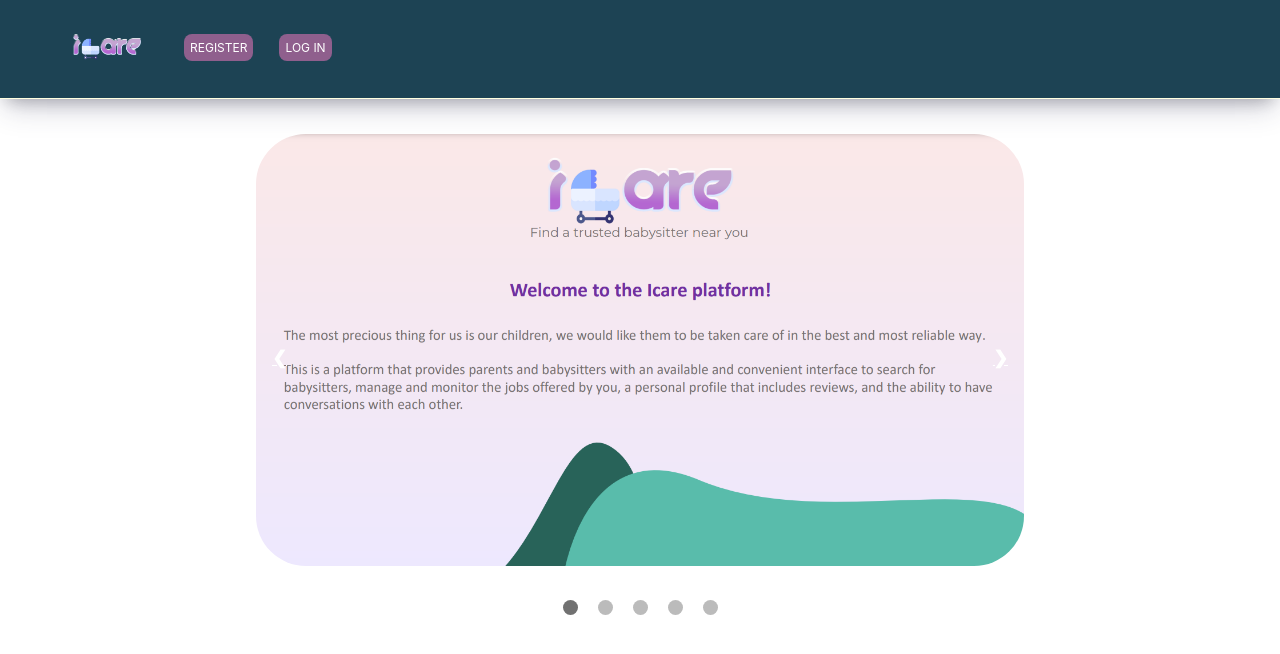
Repository: DorAzaria/iCare
Page: / (app in front-end/)
The author's editor kept a copy of each file at every save. The page is drawn from the files as they stood at one save, then again after the next save.
The browser window is 1280 px wide. The pictures show the whole page.
The project was rebuilt for these pictures with package versions that can differ from the ones it lists, and the page was loaded fresh each time. Also part of the build but not shown: front-end/craco.config.js, front-end/src/database/Driver/index.js, front-end/src/shared/AppKeys/index.js, front-end/src/components/Shells/Navigation/index.jsx, front-end/src/shared/ErrorCodes/index.js, front-end/src/components/Views/LogIn/index.css, front-end/src/components/Views/LogIn/index.jsx, front-end/src/components/Partials/JobPost/index.css and 46 more.

Above is the page before, as saved 2022-08-16 15:15:17.

### front-end/src/index.js
import React from 'react';
import ReactDOM from 'react-dom/client';

import App from '@components/App';
import 'bootstrap/dist/css/bootstrap.min.css';
import './index.css';
import './styles/buttons.css';
import './styles/layouts.css';
import './styles/titles.css';

const root = ReactDOM.createRoot(document.getElementById('root'));
root.render(
  <React.StrictMode>
    <App />
  </React.StrictMode>
);

### front-end/src/components/App/index.jsx
import React from 'react';

import {
  BrowserRouter,
  Routes,
  Route,
} from 'react-router-dom';

import AppContext, { defaultContext } from '@contexts/App';

import ViewIndex from '@components/Views/Index';
import ViewLogIn from '@components/Views/LogIn';
import ViewJobs from '@components/Views/Jobs';
import ViewPreRegister from '@components/Views/PreRegister';
import ViewParentRegister from '@components/Views/Parent-Register';
import ViewBabySitterRegister from '@components/Views/BabySitter-Register';
//import ViewRegister from '@components/Views/Register';
import ViewApply from '@components/Views/Apply';
import ViewRequests from '@components/Views/Requests';
import ViewChat from '@components/Views/Chat';
import ViewProfile from '@components/Views/Profile';
import ViewSitters from '@components/Views/Sitters';
import ViewParents from '@components/Views/Parents';

import ViewSitterProfile from '@components/Views/SitterProfile';
import ViewJobDetail from '@components/Views/JobDetail';

import ViewWatches from '@components/Views/Watches';

import ViewParentProfile from '@components/Views/ParentProfile';

import ViewLogOut from '@components/Views/LogOut';

import './index.css';

import 'bootstrap/dist/css/bootstrap.min.css';

class App extends React.Component {

  constructor(props) {
    super(props);

    this.state = { ...defaultContext };
    this.state.app = this;

  }

  render () {

    const appContext = this.state;

    const viewIndex = <ViewIndex/>;
    const viewLogIn = <ViewLogIn/>;
    const viewJobs = <ViewJobs/>;
    const viewProfile = <ViewProfile/>;
    //const viewRegister = <ViewRegister/>;
    const viewPreRegister = <ViewPreRegister/>
    const viewParentRegister = <ViewParentRegister/>
    const viewBabySitterRegister = <ViewBabySitterRegister/>
    const viewApply = <ViewApply/>;
    const viewRequests = <ViewRequests/>;
    const viewChat = <ViewChat/>;
    const viewWatches = <ViewWatches/>;

    const viewSitters = <ViewSitters/>;
    const viewParents = <ViewParents/>;
    const viewSitterProfile = <ViewSitterProfile/>;
    const viewJobDetail = <ViewJobDetail/>;
    const viewParentProfile = <ViewParentProfile/>;
    const viewLogOut = <ViewLogOut/>;

    return (
      <AppContext.Provider value={ appContext }>
        <div className="App">
          <div className="App_layerBase">
            <BrowserRouter>
              <Routes>
                <Route path="/" element={ viewIndex } exact/>
                <Route path="/sitters" element={ viewSitters }  exact/>
                <Route path="/register" element={ viewPreRegister }  exact/>
                <Route path="/parent-register" element={ viewParentRegister }  exact/>
                <Route path="/babysitter-register" element={ viewBabySitterRegister }  exact/>
                <Route path="/log-in" element={ viewLogIn }  exact/>
                <Route path="/jobs" element={ viewJobs }  exact/>
                <Route path="/apply" element={ viewApply }  exact/>
                <Route path="/requests" element={ viewRequests }  exact/>
                <Route path="/chat" element={ viewChat }  exact/>

                <Route path="/families" element={ viewParents }  exact/> { /* update from here*/}
                <Route path="/profile" element={ viewProfile }  exact/>
                <Route path="/watchlist" element={ viewWatches }  exact/>
                <Route path="/sitter-profile" element={ viewSitterProfile }  exact/>
                <Route path="/job-detail" element={ viewJobDetail }  exact/>
                <Route path="/parent-profile" element={ viewParentProfile }  exact/>
                <Route path="/log-out" element={ viewLogOut } exact/>
              </Routes>
            </BrowserRouter>
          </div>
          { /* <div className="App_layerPopup"></div> */ }
        </div>
      </AppContext.Provider>
    );

  }

}

export default App;

### front-end/src/styles/buttons.css
.Button_navigation {
  background: #8f5f8d;
  border-radius: 8px;

  color: white;
  padding: 6px;
  text-align: center;
  font-size: 12px;
  text-decoration: none;
}

.Button_disabled {
  background: #4F4F4F;
  border-radius: 8px;
  color: white;

  padding: 8px;

  text-align: center;
  text-decoration: none;
}

### front-end/src/contexts/App/index.js
import React from 'react';

import StringsEnglish from './strings/English';
import ErrorsEnglish from './errors/English';

let user = JSON.parse(sessionStorage.getItem('user'));

console.log ( 'user');
console.log ( user);

export const defaultContext = Object.freeze({
  strings: StringsEnglish,
  errors: ErrorsEnglish,
  app: null, // app component
  user: user, // logged-in user
});

const AppContext = React.createContext(defaultContext);

export default AppContext;

### front-end/src/components/Views/Index/index.jsx
import React from 'react';

import { Link} from 'react-router-dom';

import AppContext from '@contexts/App';

import ShellMainGate from '@components/Shells/MainGate';
import ShellNavigation from '@components/Shells/Navigation';

import Links from '@shared/Links';
import {Button, ButtonGroup, Row, Col , Container ,   Navbar,
  NavbarBrand,
  Nav,
  NavLink,
  NavbarToggler,
  Collapse,
  NavItem,
  Dropdown,
  DropdownToggle,
  DropdownMenu,
  DropdownItem,} from 'reactstrap';
import './index.css';


const MAP_LINKS = Links['MAP_LINKS'];

class ViewIndex extends React.Component {

  static contextType = AppContext;

  constructor(props) {
    super(props);

    this.state = {
      slideIndex: 0,
    };

  }



  render () {

    const { context } = this;

    const { strings, user } = context;


    const {state } = this;
    const { slideIndex } = state;
    let bgs = [
      {id:0, name:'bg0.png', imgStyle:'none', dotClass:''},
      {id:1, name:'bg1.png', imgStyle:'none', dotClass:''},
      {id:2, name:'bg2.jpg', imgStyle:'none', dotClass:''},
      {id:3, name:'bg3.jpg', imgStyle:'none', dotClass:''},
      {id:4, name:'bg4.jpg', imgStyle:'none', dotClass:''}
    ]
    bgs[slideIndex]['imgStyle'] = 'block';
    bgs[slideIndex]['dotClass'] = 'active';


    const currentSlide =(n)=>{
      this.setState ( {slideIndex:n});
    }


    const plusSlides = (n) =>{
      let {state} = this;
      let {slideIndex} = state;
      let newIndex = (slideIndex + n + 5) % 5;
      this.setState ( {slideIndex:newIndex});
    }

    const bgMakeElement = (bg) => {
      const key = 'bg_' + bg['name'];
      let imgStyle = bg['imgStyle'];

      return (
        <div key = {key}
          style = {{display:imgStyle, alignContent:'center'}}
        >
          <img src={bg['name']} alt = "Child Care Background" style={{width:'100%', borderRadius:'50px'}}></img>
        </div>
      )
    }

    const elementsBg = bgs.map ( bgMakeElement);

    const dotMakeElement = (bg) => {
      const key = 'dot_' + bg['name'];

      return (
        <span key = {key}
          className={bg['dotClass'] + ' dot'}
          onClick = {()=>currentSlide(bg['id'])}
          style = { {margin:'10px'}}
        >
        </span>
      )
    }

    const elementsDot = bgs.map( dotMakeElement)


    // render for when the user is logged in.
    const renderA = () => {

      const { type } = user;


      const body = (
        <div>
          <div className="slideshow-container">
            {elementsBg}
            <a href = "#foo" className="prev" onClick = {() =>plusSlides(-1)}>&#10094;</a>
            <a href = "#foo" className="next" onClick = {() =>plusSlides(1)}>&#10095;</a>
          </div>
          <br></br>

          <div style={{textAlign:'center'}}>
            {elementsDot}
          </div>
        </div>
      );

      const links = MAP_LINKS[type];

      return (<ShellNavigation body={ body } links={ links }/>);

    };

    // render for when the user is not logged in.
    const renderB = () => {

      const welcome = strings['TITLE_WELCOME'];
      const labelRegister = strings['LABEL_REGISTER'];
      const labelLogIn = strings['LABEL_LOG_IN'];


      const body = (
        <>
        <header className="sticky-top icare-navbar">
        <Navbar
          dark
          style={{ height: 90}}
          expand="md"
          className="container-xxl"
        >
          <NavbarBrand href="/">
            <img alt="iCare" src="logo.png" className="logo-img" />

          </NavbarBrand>

          <div className="flex-grow-1">

          <Nav className="mr-auto" navbar >
            <NavItem style={{paddingLeft: "26px",
              marginBottom:"6px",}}>
            <Link className="Button_navigation" style={{minWidth: '200px', minHeight: '20px'}} to="/register">{ labelRegister }</Link>
            </NavItem>
            <NavItem style={{paddingLeft: "26px",
              marginBottom:"6px",}}>
            <Link className="Button_navigation" style={{minWidth: '200px', minHeight: '20px'}} to="/log-in">{ labelLogIn }</Link>
            </NavItem>
                  {/* <img src = { profileUrl ? profileUrl : 'logo.png'} className = "profile-avatar" alt = "user profile"></img> */}
                </Nav>
          </div>
          </Navbar>
          </header>

          <div className="slideshow-container">
                {elementsBg}
                <a href = "#foo" className="prev" onClick = {() =>plusSlides(-1)}>&#10094;</a>
                <a href = "#foo" className="next" onClick = {() =>plusSlides(1)}>&#10095;</a>
              </div>
              <br></br>

              <div style={{textAlign:'center'}}>
                {elementsDot}
              </div>
        </>

      );

      return (<ShellMainGate body={ body }/>);

    };

    if (user) { // logged-in

      return renderA();

    } else { // not logged-in

      return renderB();

    }

  }

}

export default ViewIndex;

### front-end/src/components/App/index.css
.App {
  position: fixed;
  top: 0;
  left: 0;
  z-index: 0;

  width: 100vw;
  height: 100vh;
}

.App_layerBase {
  position: absolute;
  top: 0;
  left: 0;
  z-index: 1000;

  width: 100%;
  height: 100%;

  overflow-x: hidden;
  overflow-y: auto;
}

.App_layerPopup {
  position: absolute;
  top: 0;
  left: 0;
  z-index: 1000;

  width: 100%;
  height: 100%;
}

### front-end/src/contexts/App/strings/English/index.js
const LABEL_BABYSITTER = 'BABYSITTER';

const LABEL_CHATS = 'Chats';

const LABEL_DESCRIPTION = 'DESCRIPTION';

const LABEL_DELETE = 'DELETE';

const LABEL_EDIT = 'EDIT';

const LABEL_EMAIL = 'Email';

const LABEL_EMPTY_PROFILES = 'NO PROFILES';

const LABEL_FIRST_NAME = 'FIRST NAME';

const LABEL_JOBS = 'Jobs';

const LABEL_LAST_NAME = 'LAST NAME';

const LABEL_LOG_IN = 'LOG IN';

const LABEL_NAME = 'NAME';

const LABEL_NUMBER = 'NUMBER';

const LABEL_PARENT = 'PARENT';

const LABEL_PASSWORD = 'Password';

const LABEL_REGISTER = 'REGISTER';

const LABEL_RELOAD = 'RELOAD';

const LABEL_REQUESTS = 'Requests';

const LABEL_SCHEDULE = 'SCHEDULE';

const LABEL_SCHEDULE_START = 'SCHEDULE START';

const LABEL_SCHEDULE_END = 'SCHEDULE END';

const LABEL_SUBMIT = 'SUBMIT';

const LABEL_TITLE = 'TITLE';

const LABEL_TYPE = 'TYPE';

const LABEL_USERNAME = 'USERNAME';

const MESSAGE_PROFILES_LOAD_FAIL = 'FAILED TO LOAD PROFILES!';

const MESSAGE_APPLY_FAIL = 'FAILED TO APPLY FOR JOB!';

const MESSAGE_APPLY_SUCCESS = 'SUCCESSFULLY APPLIED TO JOB!';

const MESSAGE_APPLY_TRY = 'TRYING TO APPLY FOR JOB...';

const MESSAGE_JOBS_FAIL = 'FAILED TO SAVE JOB!';

const MESSAGE_JOBS_SUCCESS = 'JOB SUCCESSFULLY SAVED!';

const MESSAGE_JOBS_TRY = 'TRYING TO SAVE JOB...';

const MESSAGE_LOG_IN_FAIL = 'FAILED TO LOG IN!';

const MESSAGE_LOG_IN_SUCCESS = 'LOG-IN SUCCESSFUL!';

const MESSAGE_LOG_IN_TRY = 'TRYING TO LOG IN...';

const MESSAGE_REGISTRATION_FAIL = 'FAILED TO REGISTER NEW USER!';

const MESSAGE_UPDATEPROFILE_FAIL = 'FAILED TO UPDATE PROFILE!';

const MESSAGE_REGISTRATION_SUCCESS = 'SUCCESSFULLY REGISTERED USER!';

const MESSAGE_UPDATEPROFILE_SUCCESS = 'SUCCESSFULLY UPDATE PROFILE!';

const MESSAGE_REGISTRATION_TRY = 'TRYING TO REGISTER NEW USER...';

const MESSAGE_UPDATE_PROFILE_TRY = 'TRYING TO UPDATE PROFILE...';

const SEND_MESSAGE_FAIL = 'FAILED TO SEND MESSAGE!';

const SEND_MESSAGE_SUCCESS = 'MESSAGE SUCCESSFULLY SENT!';

const SEND_MESSAGE_TRY = 'TRYING TO SEND MESSAGE...';

const TITLE_APP = 'iCare';

const TITLE_JOBS_ALL = 'All Jobs';

const TITLE_JOBS_NEW = 'New Job';

const TITLE_JOBS_OPEN = 'Open Jobs';

const TITLE_LOG_IN = 'Log In';

const TITLE_MY_JOBS = 'My Jobs';

const TITLE_REGISTER = 'Who Are you?';

const TITLE_WELCOME = "Welcome to our website we offer blab la bla"

const WARNING_NOT_LOGGED = 'YOU ARE NOT LOGGED IN!';


//updated

const LABEL_SITTERS = 'Sitters';
const LABEL_WATCHLIST = 'Watch List';
const LABEL_LOGOUT = 'Log Out'
const LABEL_FAMILIES = 'Families';

const LABEL_HOME = 'Home';

const TITLE_ALL_SITTERS = 'All Sitters'; //all sitters page
const LABEL_PRICE_RANGE = 'Price Range';
const LABEL_AGE_RANGE = 'Age Range';
const LABEL_GENDER = 'Gender';
const LABEL_CHILD_CARE = 'Child Care';
const LABEL_SCHOOL_HELP = 'School Help';
const LABEL_AGE = 'Age';
const LABEL_PRICE = 'Price';
const LABEL_SKILLS = 'Skills';
const LABEL_PROFILE = 'Profile';

//sitter profile
const TITLE_SITTER_REVIEWS = 'Sitter Reviews';
const TITLE_SITTER_JOBS = 'Sitter Jobs';

//job detail
const TITLE_JOB_COMMENTS = 'Job Comments';

//registration
const LABEL_LOC = 'Location';
const LABEL_SHORT_INFO = 'Short Information';
const LABEL_EDUCATION = 'Education';
const LABEL_EXP_YEARS = 'Experienced Years';
const LABEL_NUM_OF_CHILDREN = 'Number of Children';


//parent profile
const TITLE_PARENT_REVIEWS = 'Parent Reviews';
const TITLE_PARENT_JOBS = 'Parent Jobs';


const TITLE_ALL_PARENTS = 'All Parents'; //all parents pages

//request page
const TITLE_APPLIED_JOBS = 'All My Applied Jobs';
const TITLE_POSTED_JOBS = 'All My Posted Jobs';


const StringsEnglish = Object.freeze({
    LABEL_BABYSITTER,
    LABEL_CHATS,
    LABEL_DESCRIPTION,
    LABEL_DELETE,
    LABEL_EDIT,
    LABEL_EMAIL,
    LABEL_EMPTY_PROFILES,
    LABEL_FIRST_NAME,
    LABEL_JOBS,
    LABEL_LAST_NAME,
    LABEL_LOG_IN,
    LABEL_NAME,
    LABEL_NUMBER,
    LABEL_PARENT,
    LABEL_PASSWORD,
    LABEL_REGISTER,
    LABEL_HOME,
    LABEL_RELOAD,
    LABEL_REQUESTS,
    LABEL_SCHEDULE,
    LABEL_SCHEDULE_START,
    LABEL_SCHEDULE_END,
    LABEL_SUBMIT,
    LABEL_TITLE,
    LABEL_TYPE,
    LABEL_USERNAME,
    MESSAGE_APPLY_FAIL,
    MESSAGE_APPLY_SUCCESS,
    MESSAGE_APPLY_TRY,
    MESSAGE_JOBS_FAIL,
    MESSAGE_JOBS_SUCCESS,
    MESSAGE_JOBS_TRY,
    MESSAGE_LOG_IN_FAIL,
    MESSAGE_LOG_IN_SUCCESS,
    MESSAGE_LOG_IN_TRY,
    MESSAGE_PROFILES_LOAD_FAIL,
    MESSAGE_REGISTRATION_FAIL,
    MESSAGE_REGISTRATION_SUCCESS,
    MESSAGE_UPDATEPROFILE_SUCCESS,
    MESSAGE_REGISTRATION_TRY,
    MESSAGE_UPDATEPROFILE_FAIL,
    MESSAGE_UPDATE_PROFILE_TRY,
    SEND_MESSAGE_FAIL,
    SEND_MESSAGE_SUCCESS,
    SEND_MESSAGE_TRY,
    TITLE_APP,
    TITLE_JOBS_ALL,
    TITLE_JOBS_NEW,
    TITLE_JOBS_OPEN,
    TITLE_LOG_IN,
    TITLE_MY_JOBS,
    TITLE_REGISTER,
    WARNING_NOT_LOGGED,

    LABEL_SITTERS,//updated
    LABEL_WATCHLIST,
    LABEL_FAMILIES,
    LABEL_LOGOUT,

    TITLE_ALL_SITTERS, //all sitters page
    LABEL_PRICE_RANGE,
    LABEL_AGE_RANGE,
    LABEL_GENDER,
    LABEL_CHILD_CARE,
    LABEL_SCHOOL_HELP,
    LABEL_AGE,
    LABEL_PRICE,
    LABEL_SKILLS,
    LABEL_PROFILE,

    LABEL_LOC,
    LABEL_SHORT_INFO,
    LABEL_EDUCATION,
    LABEL_EXP_YEARS,
    LABEL_NUM_OF_CHILDREN,

    TITLE_SITTER_REVIEWS, //sitter profile page
    TITLE_SITTER_JOBS,

    TITLE_JOB_COMMENTS, //job detail

    TITLE_ALL_PARENTS, //parents page

    TITLE_PARENT_REVIEWS, //sitter profile page
    TITLE_PARENT_JOBS,

    TITLE_POSTED_JOBS, //request page
    TITLE_APPLIED_JOBS,

    TITLE_WELCOME
});

export default StringsEnglish;

### front-end/src/contexts/App/errors/English/index.js
const ERROR_NOT_AUTHORIZED = 'NOT AUTHORIZED TO DO THIS OPERATION';

const ERROR_SERVER_TIMEOUT = 'THE SERVER TOOK TOO LONG TO RESPOND';

const ERROR_UNKNOWN = 'AN UNEXPECTED ERROR HAPPENED';

const ErrorsEnglish = Object.freeze({
    ERROR_NOT_AUTHORIZED,
    ERROR_SERVER_TIMEOUT,
    ERROR_UNKNOWN,
});

export default ErrorsEnglish;

### front-end/src/components/Shells/MainGate/index.jsx
import React from 'react';
import PropTypes from 'prop-types';

import { Link } from 'react-router-dom';

import AppContext from '@contexts/App';

import './index.css';


// This is the shell for users that are not logged-in.
// Because they are not logged-in, they're outside at the main gate.
class ShellMainGate extends React.Component {

  static contextType = AppContext;

  render () {

    const { props} = this;

    const { body } = props;

    return (
      <div className="ShellMainGate">

        <div className="ShellMainGate_body">{ body }</div>
      </div>
    );

  }

}

ShellMainGate.propTypes = {
  body: PropTypes.element.isRequired
};

export default ShellMainGate;

### front-end/src/shared/Links/index.js
const LINKS_BABYSITTER = [
  {
    key:'LABEL_HOME',
    link:'/'
  },
  // {
  //   key:'LABEL_CHATS',
  //   link:'/chat'
  // },
  {
    key:'LABEL_FAMILIES',
    link:'/families'
  },
  {
    key: 'LABEL_JOBS',
    link: '/jobs',
  },
  {
    key: 'LABEL_REQUESTS',
    link: '/requests',
  },
];

const LINKS_PARENT = [
  {
    key:'LABEL_HOME',
    link:'/'
  },
  // {
  //   key:'LABEL_CHATS',
  //   link:'/chat'
  // },
  {
    key:'LABEL_SITTERS',
    link:'/sitters'
  },
  {
    key: 'LABEL_JOBS',
    link: '/jobs',
  },
  {
    key: 'LABEL_REQUESTS',
    link: '/requests',
  },
  {
    key:'LABEL_WATCHLIST',
    link:'/watchlist'
  },
];


const MAP_LINKS = {
  'babysitter': LINKS_BABYSITTER,
  'parent': LINKS_PARENT,
};

const Links = Object.freeze({
  LINKS_BABYSITTER,
  LINKS_PARENT,
  MAP_LINKS,
});

export default Links;

### front-end/src/components/Views/Index/index.css
* {box-sizing:border-box}

/* Slideshow container */
.slideshow-container {
  width:60%;
  position: relative;
  margin:auto;
}

/* Next & previous buttons */
.prev, .next {
  cursor: pointer;
  position: absolute;
  top: 50%;
  width: auto;
  margin-top: -22px;
  padding: 16px;
  color: white;
  font-weight: bold;
  font-size: 18px;
  transition: 0.6s ease;
  border-radius: 0 3px 3px 0;
  user-select: none;
}

/* Position the "next button" to the right */
.next {
  right: 0;
  border-radius: 3px 0 0 3px;
}

/* On hover, add a black background color with a little bit see-through */
.prev:hover, .next:hover {
  background-color: rgba(0,0,0,0.8);
}

/* Caption text */
.text {
  color: #f2f2f2;
  font-size: 15px;
  padding: 8px 12px;
  position: absolute;
  bottom: 8px;
  width: 100%;
  text-align: center;
}

/* The dots/bullets/indicators */
.dot {
  cursor: pointer;
  height: 15px;
  width: 15px;
  margin: 0 2px;
  background-color: #bbb;
  border-radius: 50%;
  display: inline-block;
  transition: background-color 0.6s ease;
}

.active, .dot:hover {
  background-color: #717171;
}

### front-end/src/components/Shells/MainGate/index.css
.ShellMainGate {
  display: grid;
  grid-template-rows: auto 1fr;
  grid-template-columns: 1fr;

  width: 100%;
  /* height: 100%; */
}

.ShellMainGate_head {
  grid-area: 1/1/2/2;
  padding: 2.75rem;

  align-self: center;
  justify-self: center;
}

.ShellMainGate_headTitle {
  font-size: 0.8rem;
  font-weight: bold;
}

.ShellMainGate_body {
  /* grid-area: 2/1/3/2; */
  min-width: 450px;
  align-self: center;
  justify-self: center;
}

### front-end/src/components/Shells/Navigation/index.css
.profile-avatar {
  width:40px;
  height:40px;
  border-radius:25px;
  float:right;
}

.icare-navbar {
  border-bottom: 1px solid lightyellow;
  padding: 0.25rem 0;
  background-color: #1d4354;
  box-shadow: rgba(50, 50, 93, 0.25) 0px 13px 27px -5px, rgba(0, 0, 0, 0.3) 0px 8px 16px -8px;
  margin-bottom: 35px;
}

.flex-grow-1 {
  flex-grow: 1!important;
}

.logo-img {
  width:70px;
  height:40px;
  border-radius:10px;
  margin-left: 3em;

}

.card .content .time {
  color: #1d4354!important;
}
.card .message .text {
  color: #1d4354;
  font-size: 12px;
  padding: 0;
  bottom: 3px;
  width: 100%;
  text-align: start;
  position: relative;
  word-wrap: break-word;
  word-break: break-all;
}
.card .image img {
  height: 40px;
  width: 40px;
  border-radius: 50%;
}
.notifications .icon .image {
  height: 28px!important;
  width: 28px!important;
  cursor: pointer;
}

.card {
  padding: 0!important;
}

Loaded but not shown: front-end/public/index.html (common file); front-end/src/index.css (common file); front-end/src/components/Partials/ChatRequest/index.css (no stored copy; drawn as an empty file)

After the next save:
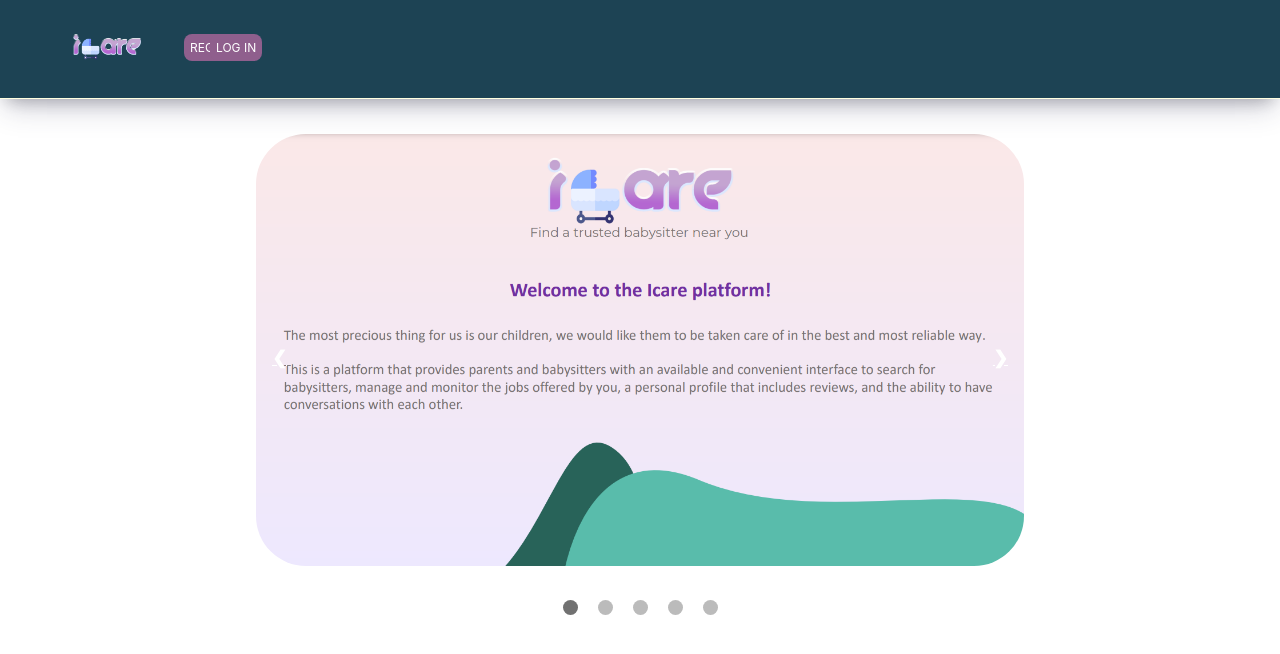
Saved 32 s later.
--- a/front-end/src/components/Views/Index/index.jsx
+++ b/front-end/src/components/Views/Index/index.jsx
@@ -155,7 +155,7 @@ class ViewIndex extends React.Component {
 
           <Nav className="mr-auto" navbar >
             <NavItem style={{paddingLeft: "26px",
-              marginBottom:"6px",}}>
+              marginBottom:"6px", width: '20px'}}>
             <Link className="Button_navigation" style={{minWidth: '200px', minHeight: '20px'}} to="/register">{ labelRegister }</Link>
             </NavItem>
             <NavItem style={{paddingLeft: "26px",
